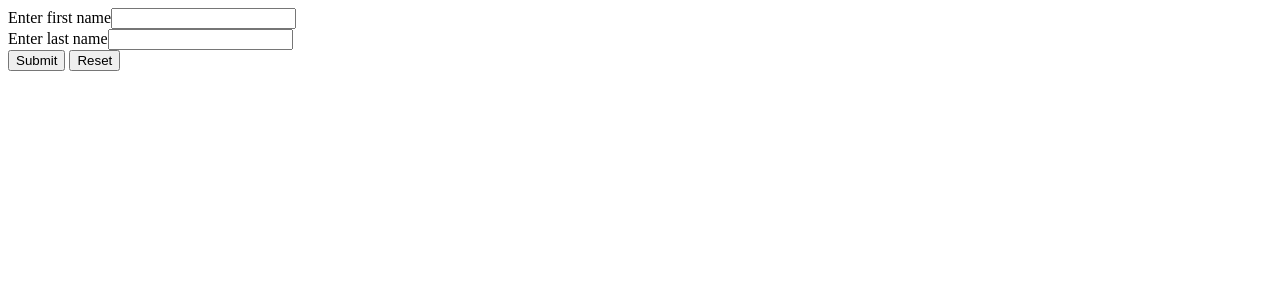
Repository: Bindu2296/allProjects
Page: FormsUsingServlets/WebContent/forms.html
The author's editor kept a copy of each file at every save. The page is drawn from the files as they stood at one save, then again after the next save.
The browser window is 1280 px wide. The pictures show the whole page.

Above is the page before, as saved 2019-03-25 11:43:13.

After the next save:
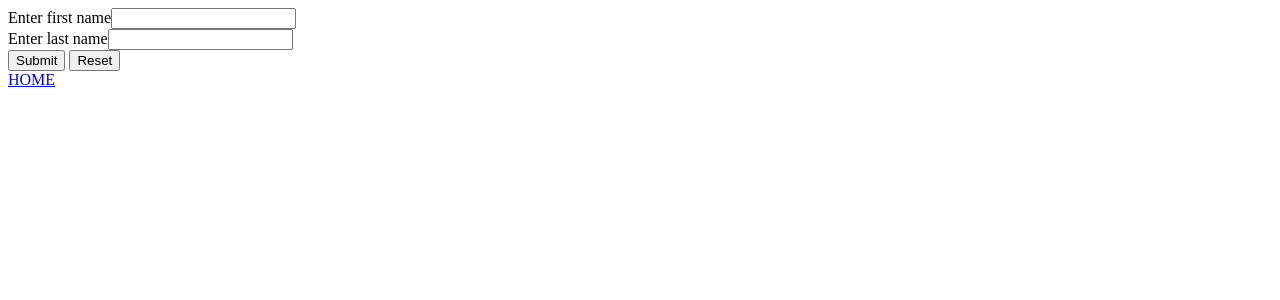
Saved 7 min 20 s later.
--- a/FormsUsingServlets/WebContent/forms.html
+++ b/FormsUsingServlets/WebContent/forms.html
@@ -9,7 +9,8 @@
 <label>Enter first name</label><input name="firstname" type="text"/><br>
 <label>Enter last name</label><input name="lastname" type="text"/><br>
 <button type="submit">Submit</button>
-<button type="reset">Reset</button>
+<button type="reset">Reset</button><br>
+<a href="index.html">HOME</a>
 </form>
 </body>
 </html>
